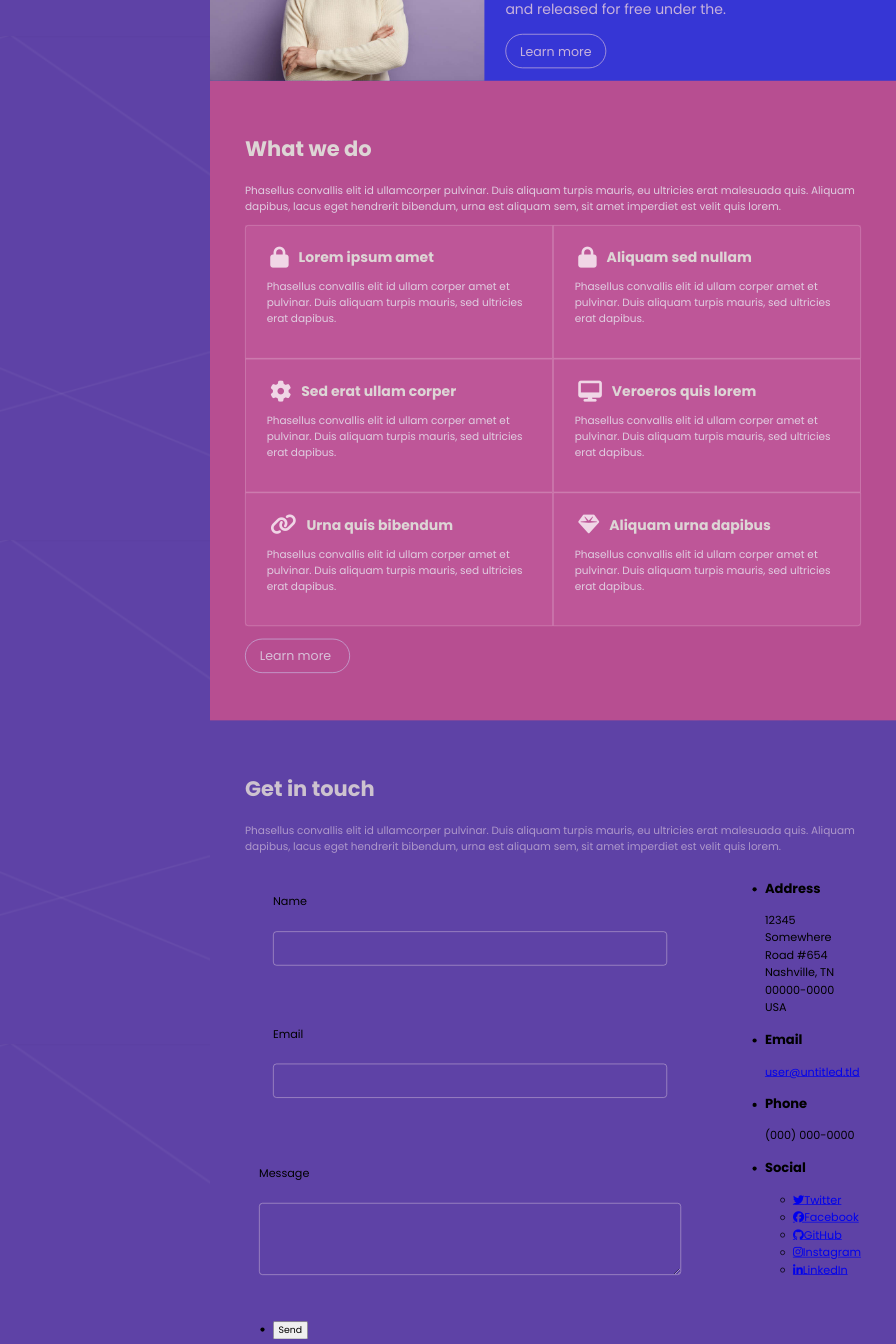
Repository: zai31/KIMIT_Tasks
Page: JsSession8/index.html
An editor plug-in stored every save of this project. The page is shown before and after the next save, followed by the edit.
The browser window is 1280 px wide. The pictures show the part of the page from y = 1389 to 3309 px (the page is 3309 px tall before and 3281 px after), at 70% of full size.
Backgrounds fixed to the window are drawn as part of the page.

Above is the page before, as saved 2025-09-15 22:26:42.

After the next save:
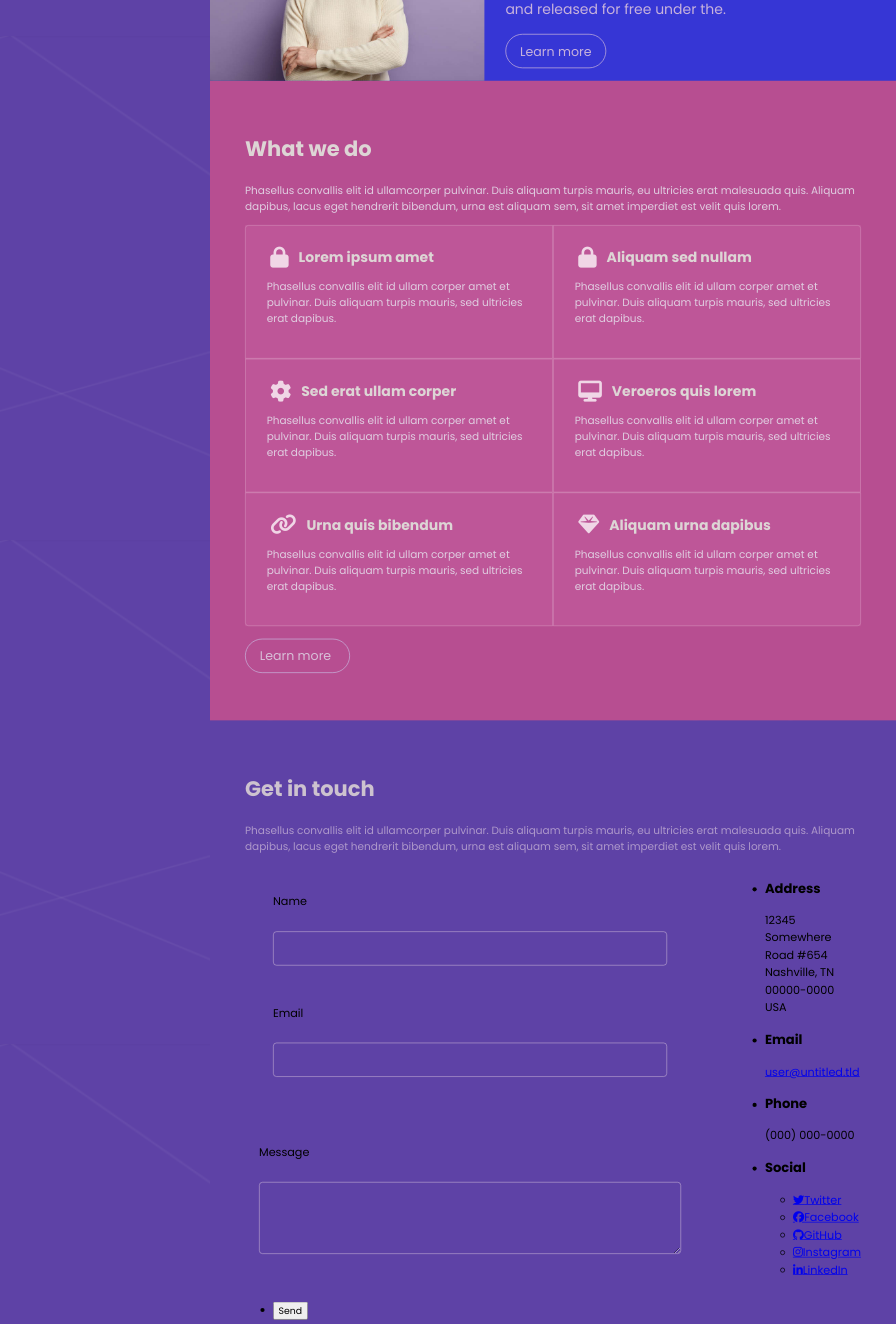
Saved 21 s later.
--- a/JsSession8/CSS/style.css
+++ b/JsSession8/CSS/style.css
@@ -321,7 +321,6 @@ body {
 .form .fields .row {
     display: flex;
     flex-direction: row;
-    gap: 30px;
     flex-wrap: wrap;
     padding: 20px;
     width: 100%;
